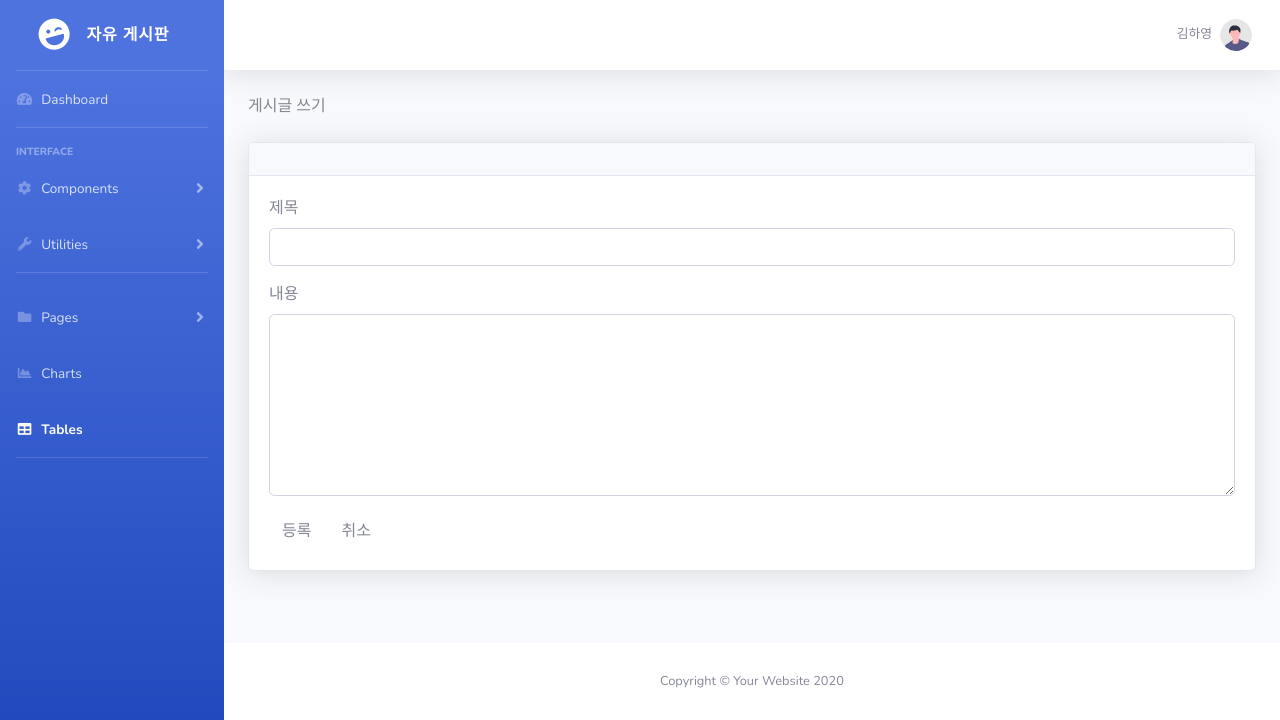
Repository: kimhayoungee/restBoard
Page: http://localhost/board/WEB-INF/views/board/register.jsp
An editor plug-in stored every save of this project. The page is shown before and after the next save, followed by the edit.
The browser window is 1280 px wide. The pictures show the whole page.
The page is served by Tomcat 9. Nobody is signed in. Other server files are loaded and not shown. The template is opened directly, without the code that normally fills it, so the values that code supplies are empty.

Above is the page before, as saved 2021-03-03 17:57:54.

### board/src/main/webapp/WEB-INF/views/board/register.jsp
<%@ page language="java" contentType="text/html; charset=UTF-8"
    pageEncoding="UTF-8"%>
<!DOCTYPE html>
<html lang="en">

<head>
	<%@include file="../includes/header.jsp" %>
	<title>게시글 작성</title>
</head>

<body id="page-top">

    <!-- Page Wrapper -->
    <div id="wrapper">

        <!-- Sidebar -->
        <ul class="navbar-nav bg-gradient-primary sidebar sidebar-dark accordion" id="accordionSidebar">

            <!-- Sidebar - Brand -->
            <a class="sidebar-brand d-flex align-items-center justify-content-center" href="index.html">
                <div class="sidebar-brand-icon rotate-n-15">
                    <i class="fas fa-laugh-wink"></i>
                </div>
                <div class="sidebar-brand-text mx-3">자유 게시판</div>
            </a>

            <!-- Divider -->
            <hr class="sidebar-divider my-0">

            <!-- Nav Item - Dashboard -->
            <li class="nav-item">
                <a class="nav-link" href="index.html">
                    <i class="fas fa-fw fa-tachometer-alt"></i>
                    <span>Dashboard</span></a>
            </li>

            <!-- Divider -->
            <hr class="sidebar-divider">

            <!-- Heading -->
            <div class="sidebar-heading">
                Interface
            </div>

            <!-- Nav Item - Pages Collapse Menu -->
            <li class="nav-item">
                <a class="nav-link collapsed" href="#" data-toggle="collapse" data-target="#collapseTwo"
                    aria-expanded="true" aria-controls="collapseTwo">
                    <i class="fas fa-fw fa-cog"></i>
                    <span>Components</span>
                </a>
                <div id="collapseTwo" class="collapse" aria-labelledby="headingTwo" data-parent="#accordionSidebar">
                    <div class="bg-white py-2 collapse-inner rounded">
                        <h6 class="collapse-header">Custom Components:</h6>
                        <a class="collapse-item" href="buttons.html">Buttons</a>
                        <a class="collapse-item" href="cards.html">Cards</a>
                    </div>
                </div>
            </li>

            <!-- Nav Item - Utilities Collapse Menu -->
            <li class="nav-item">
                <a class="nav-link collapsed" href="#" data-toggle="collapse" data-target="#collapseUtilities"
                    aria-expanded="true" aria-controls="collapseUtilities">
                    <i class="fas fa-fw fa-wrench"></i>
                    <span>Utilities</span>
                </a>
                <div id="collapseUtilities" class="collapse" aria-labelledby="headingUtilities"
                    data-parent="#accordionSidebar">
                    <div class="bg-white py-2 collapse-inner rounded">
                        <h6 class="collapse-header">Custom Utilities:</h6>
                        <a class="collapse-item" href="utilities-color.html">Colors</a>
                        <a class="collapse-item" href="utilities-border.html">Borders</a>
                        <a class="collapse-item" href="utilities-animation.html">Animations</a>
                        <a class="collapse-item" href="utilities-other.html">Other</a>
                    </div>
                </div>
            </li>

            <!-- Divider -->
            <hr class="sidebar-divider">

            <!-- Nav Item - Pages Collapse Menu -->
            <li class="nav-item">
                <a class="nav-link collapsed" href="#" data-toggle="collapse" data-target="#collapsePages"
                    aria-expanded="true" aria-controls="collapsePages">
                    <i class="fas fa-fw fa-folder"></i>
                    <span>Pages</span>
                </a>
                <div id="collapsePages" class="collapse" aria-labelledby="headingPages" data-parent="#accordionSidebar">
                    <div class="bg-white py-2 collapse-inner rounded">
                        <h6 class="collapse-header">Login Screens:</h6>
                        <a class="collapse-item" href="login.html">Login</a>
                        <a class="collapse-item" href="register.html">Register</a>
                        <a class="collapse-item" href="forgot-password.html">Forgot Password</a>
                        <div class="collapse-divider"></div>
                        <h6 class="collapse-header">Other Pages:</h6>
                        <a class="collapse-item" href="404.html">404 Page</a>
                        <a class="collapse-item" href="blank.html">Blank Page</a>
                    </div>
                </div>
            </li>

            <!-- Nav Item - Charts -->
            <li class="nav-item">
                <a class="nav-link" href="charts.html">
                    <i class="fas fa-fw fa-chart-area"></i>
                    <span>Charts</span></a>
            </li>

            <!-- Nav Item - Tables -->
            <li class="nav-item active">
                <a class="nav-link" href="tables.html">
                    <i class="fas fa-fw fa-table"></i>
                    <span>Tables</span></a>
            </li>

            <!-- Divider -->
            <hr class="sidebar-divider d-none d-md-block">

        </ul>
        <!-- End of Sidebar -->

        <!-- Content Wrapper -->
        <div id="content-wrapper" class="d-flex flex-column">

            <!-- Main Content -->
            <div id="content">

                <!-- Topbar -->
                <nav class="navbar navbar-expand navbar-light bg-white topbar mb-4 static-top shadow">

                    <!-- Sidebar Toggle (Topbar) -->
                    <form class="form-inline">
                        <button id="sidebarToggleTop" class="btn btn-link d-md-none rounded-circle mr-3">
                            <i class="fa fa-bars"></i>
                        </button>
                    </form>

                    <!-- Topbar Navbar -->
                    <ul class="navbar-nav ml-auto">

                        <!-- Nav Item - User Information -->
                        <li class="nav-item dropdown no-arrow">
                            <a class="nav-link dropdown-toggle" href="#" id="userDropdown" role="button"
                                data-toggle="dropdown" aria-haspopup="true" aria-expanded="false">
                                <span class="mr-2 d-none d-lg-inline text-gray-600 small">김하영</span>
                                <img class="img-profile rounded-circle"
                                    src="/resources/img/undraw_profile.svg">
                            </a>
                            <!-- Dropdown - User Information -->
                            <div class="dropdown-menu dropdown-menu-right shadow animated--grow-in"
                                aria-labelledby="userDropdown">
                                <a class="dropdown-item" href="#">
                                    <i class="fas fa-user fa-sm fa-fw mr-2 text-gray-400"></i>
                                    Profile
                                </a>
                                <a class="dropdown-item" href="#">
                                    <i class="fas fa-cogs fa-sm fa-fw mr-2 text-gray-400"></i>
                                    Settings
                                </a>
                                <div class="dropdown-divider"></div>
                                <a class="dropdown-item" href="#" data-toggle="modal" data-target="#logoutModal">
                                    <i class="fas fa-sign-out-alt fa-sm fa-fw mr-2 text-gray-400"></i>
                                    Logout
                                </a>
                            </div>
                        </li>

                    </ul>

                </nav>
                <!-- End of Topbar -->

                <!-- Begin Page Content -->
                <div class="container-fluid">

                    <!-- Page Heading -->
                  <!--   <h1 class="h3 mb-2 text-gray-800">게시글 쓰기</h1> -->
                    <p class="mb-4">게시글 쓰기</p>

                    <!-- DataTales Example -->
                    <div class="card shadow mb-4">
                        <div class="card-header py-3">

                        </div>
                        <div class="card-body">
                        <form action="/board/register" method="post">
                        	<div class="form-group">
                        		<label>제목</label> <input class="form-control" name='btitle'>
                        	</div>

                        	<div class="form-group">
                        		<label>내용</label> <textarea class="form-control" rows="7" name='bcontent'></textarea>
                        	</div>

                        	<button type="submit" class="btn btn-default">등록</button>
                        	<button type="reset" class="btn btn-default">취소</button>
                        </form>
                        </div>
                    </div>

                </div>
                <!-- /.container-fluid -->

            </div>
            <!-- End of Main Content -->

            <!-- Footer -->
            <footer class="sticky-footer bg-white">
                <div class="container my-auto">
                    <div class="copyright text-center my-auto">
                        <span>Copyright &copy; Your Website 2020</span>
                    </div>
                </div>
            </footer>
            <!-- End of Footer -->

        </div>
        <!-- End of Content Wrapper -->

    </div>
    <!-- End of Page Wrapper -->

	<%@include file="../includes/footer.jsp" %>
</body>

</html>

### board/src/main/webapp/WEB-INF/views/includes/header.jsp
    <meta charset="utf-8">
    <meta http-equiv="X-UA-Compatible" content="IE=edge">
    <meta name="viewport" content="width=device-width, initial-scale=1, shrink-to-fit=no">
    <meta name="description" content="">
    <meta name="author" content="">

    <!-- Custom fonts for this template -->
    <link href="/resources/vendor/fontawesome-free/css/all.min.css" rel="stylesheet" type="text/css">
    <link
        href="https://fonts.googleapis.com/css?family=Nunito:200,200i,300,300i,400,400i,600,600i,700,700i,800,800i,900,900i"
        rel="stylesheet">

    <!-- Custom styles for this template -->
    <link href="/resources/css/sb-admin-2.min.css" rel="stylesheet">

    <!-- Custom styles for this page -->
    <link href="/resources/vendor/datatables/dataTables.bootstrap4.min.css" rel="stylesheet">

    <script src="https://ajax.googleapis.com/ajax/libs/jquery/3.5.1/jquery.min.js"></script>

### board/src/main/webapp/WEB-INF/views/includes/footer.jsp
    <!-- Scroll to Top Button-->
    <a class="scroll-to-top rounded" href="#page-top">
        <i class="fas fa-angle-up"></i>
    </a>

    <!-- Logout Modal-->
    <div class="modal fade" id="logoutModal" tabindex="-1" role="dialog" aria-labelledby="exampleModalLabel"
        aria-hidden="true">
        <div class="modal-dialog" role="document">
            <div class="modal-content">
                <div class="modal-header">
                    <h5 class="modal-title" id="exampleModalLabel">Ready to Leave?</h5>
                    <button class="close" type="button" data-dismiss="modal" aria-label="Close">
                        <span aria-hidden="true">×</span>
                    </button>
                </div>
                <div class="modal-body">Select "Logout" below if you are ready to end your current session.</div>
                <div class="modal-footer">
                    <button class="btn btn-secondary" type="button" data-dismiss="modal">Cancel</button>
                    <a class="btn btn-primary" href="login.html">Logout</a>
                </div>
            </div>
        </div>
    </div>

    <!-- Bootstrap core JavaScript-->
<!--<script src="/resources/vendor/jquery/jquery.min.js"></script> -->
    <script src="/resources/vendor/bootstrap/js/bootstrap.bundle.min.js"></script>

    <!-- Core plugin JavaScript-->
    <script src="/resources/vendor/jquery-easing/jquery.easing.min.js"></script>

    <!-- Custom scripts for all pages-->
    <script src="/resources/js/sb-admin-2.min.js"></script>

    <!-- Page level plugins -->
    <script src="/resources/vendor/datatables/jquery.dataTables.min.js"></script>
    <script src="/resources/vendor/datatables/dataTables.bootstrap4.min.js"></script>

    <!-- Page level custom scripts -->
    <script src="/resources/js/demo/datatables-demo.js"></script>

    <script>
    	$(document).ready(function(){

    		$('#dataTables-example').DataTable({
    			responsive: true
    		});

    		$(".sidebar-nav").attr("class", "sidebar-nav navbar-collapse collapse")
    		                 .attr("aria-expanded", 'false')
    		                 .attr("style", "height:1px");
    	});
    </script>

### board/src/main/webapp/resources/img/undraw_profile.svg
<?xml version="1.0" encoding="utf-8"?>
<!-- Generator: Adobe Illustrator 25.0.0, SVG Export Plug-In . SVG Version: 6.00 Build 0)  -->
<svg version="1.1" id="Layer_1" xmlns="http://www.w3.org/2000/svg" xmlns:xlink="http://www.w3.org/1999/xlink" x="0px" y="0px"
	 viewBox="0 0 108.3 108.3" style="enable-background:new 0 0 108.3 108.3;" xml:space="preserve">
<style type="text/css">
	.st0{fill:#E6E6E6;}
	.st1{fill:#FFB8B8;}
	.st2{fill:#575A89;}
	.st3{fill:#2F2E41;}
</style>
<g id="Group_45" transform="translate(-191 -152.079)">
	<g id="Group_30" transform="translate(282.246 224.353)">
		<path id="Path_944" class="st0" d="M17.1-18.1c0,10.5-3,20.8-8.8,29.6c-1.2,1.9-2.5,3.6-4,5.3c-3.4,4-7.3,7.4-11.6,10.3
			c-1.2,0.8-2.4,1.5-3.6,2.2c-6.5,3.6-13.7,5.8-21,6.5c-1.7,0.2-3.4,0.2-5.1,0.2c-4.7,0-9.4-0.6-14-1.8c-2.6-0.7-5.1-1.6-7.6-2.6
			c-1.3-0.5-2.5-1.1-3.7-1.8c-2.9-1.5-5.6-3.3-8.2-5.3c-1.2-0.9-2.3-1.9-3.4-2.9C-95.8,1.3-97.1-33-76.8-54.9s54.6-23.3,76.5-2.9
			C10.8-47.6,17.1-33.2,17.1-18.1L17.1-18.1z"/>
		<path id="Path_945" class="st1" d="M-50.2-13.2c0,0,4.9,13.7,1.1,21.4s6,16.4,6,16.4s25.8-13.1,22.5-19.7s-8.8-15.3-7.7-20.8
			L-50.2-13.2z"/>
		<ellipse id="Ellipse_185" class="st1" cx="-40.6" cy="-25.5" rx="17.5" ry="17.5"/>
		<path id="Path_946" class="st2" d="M-51.1,34.2c-2.6-0.7-5.1-1.6-7.6-2.6l0.5-13.3l4.9-11c1.1,0.9,2.3,1.6,3.5,2.3
			c0.3,0.2,0.6,0.3,0.9,0.5c4.6,2.2,12.2,4.2,19.5-1.3c2.7-2.1,5-4.7,6.7-7.6L-8.8,9l0.7,8.4l0.8,9.8c-1.2,0.8-2.4,1.5-3.6,2.2
			c-6.5,3.6-13.7,5.8-21,6.5c-1.7,0.2-3.4,0.2-5.1,0.2C-41.8,36.1-46.5,35.4-51.1,34.2z"/>
		<path id="Path_947" class="st2" d="M-47.7-0.9L-47.7-0.9l-0.7,7.2l-0.4,3.8l-0.5,5.6l-1.8,18.5c-2.6-0.7-5.1-1.6-7.6-2.6
			c-1.3-0.5-2.5-1.1-3.7-1.8c-2.9-1.5-5.6-3.3-8.2-5.3l-1.9-9l0.1-0.1L-47.7-0.9z"/>
		<path id="Path_948" class="st2" d="M-10.9,29.3c-6.5,3.6-13.7,5.8-21,6.5c0.4-6.7,1-13.1,1.6-18.8c0.3-2.9,0.7-5.7,1.1-8.2
			c1.2-8,2.5-13.5,3.4-14.2l6.1,4L4.9,7.3l-0.5,9.5c-3.4,4-7.3,7.4-11.6,10.3C-8.5,27.9-9.7,28.7-10.9,29.3z"/>
		<path id="Path_949" class="st2" d="M-70.5,24.6c-1.2-0.9-2.3-1.9-3.4-2.9l0.9-6.1l0.7-0.1l3.1-0.4l6.8,14.8
			C-65.2,28.3-67.9,26.6-70.5,24.6L-70.5,24.6z"/>
		<path id="Path_950" class="st2" d="M8.3,11.5c-1.2,1.9-2.5,3.6-4,5.3c-3.4,4-7.3,7.4-11.6,10.3c-1.2,0.8-2.4,1.5-3.6,2.2l-0.6-2.8
			l3.5-9.1l4.2-11.1l8.8,1.1C6.1,8.7,7.2,10.1,8.3,11.5z"/>
		<path id="Path_951" class="st3" d="M-23.9-41.4c-2.7-4.3-6.8-7.5-11.6-8.9l-3.6,2.9l1.4-3.3c-1.2-0.2-2.3-0.2-3.5-0.2l-3.2,4.1
			l1.3-4c-5.6,0.7-10.7,3.7-14,8.3c-4.1,5.9-4.8,14.1-0.8,20c1.1-3.4,2.4-6.6,3.5-9.9c0.9,0.1,1.7,0.1,2.6,0l1.3-3.1l0.4,3
			c4.2-0.4,10.3-1.2,14.3-1.9l-0.4-2.3l2.3,1.9c1.2-0.3,1.9-0.5,1.9-0.7c2.9,4.7,5.8,7.7,8.8,12.5C-22.1-29.8-20.2-35.3-23.9-41.4z"
			/>
		<ellipse id="Ellipse_186" class="st1" cx="-24.9" cy="-26.1" rx="1.2" ry="2.4"/>
	</g>
</g>
</svg>

Loaded but not shown: board/src/main/webapp/resources/css/sb-admin-2.min.css (library); board/src/main/webapp/resources/js/sb-admin-2.min.js (common file); board/src/main/webapp/resources/js/demo/datatables-demo.js (common file)

After the next save:
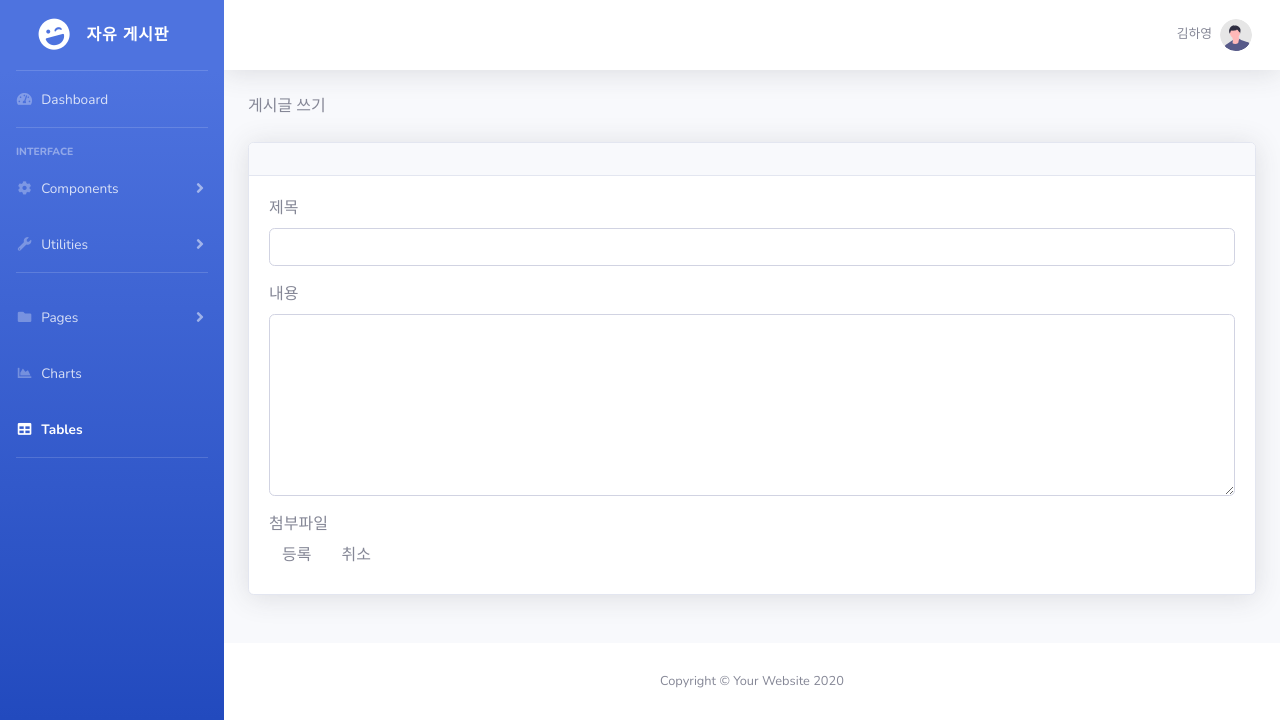
Saved 34 s later.
--- a/board/src/main/webapp/WEB-INF/views/board/register.jsp
+++ b/board/src/main/webapp/WEB-INF/views/board/register.jsp
@@ -194,6 +194,7 @@
                         		<label>내용</label> <textarea class="form-control" rows="7" name='bcontent'></textarea>
                         	</div>
 
+                        	<div>첨부파일</div>
                         	<button type="submit" class="btn btn-default">등록</button>
                         	<button type="reset" class="btn btn-default">취소</button>
                         </form>
